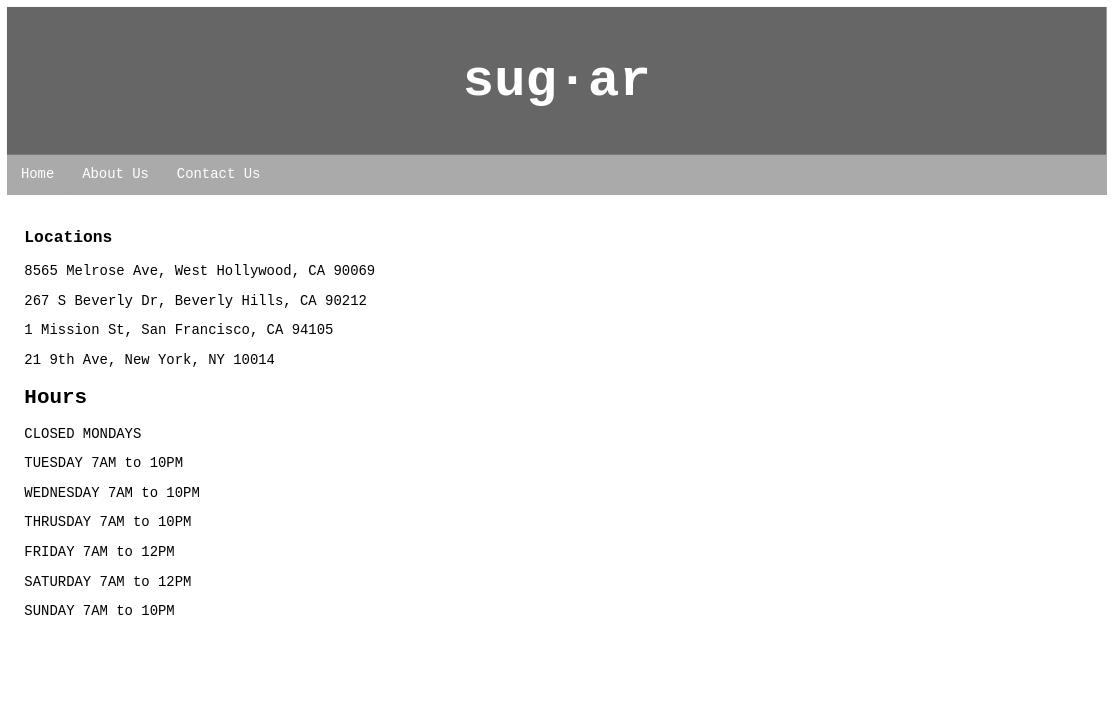
Repository: lavaghimire/lavaghimire.github.io
Page: WEBSITE/contact.html
The author's editor kept a record of every edit. The page is drawn from the files as they stood at one moment, then again after the next edit.
The browser window is 1280 px wide. The pictures show the whole page, at 87% of full size.

Above is the page before.

After the next edit:
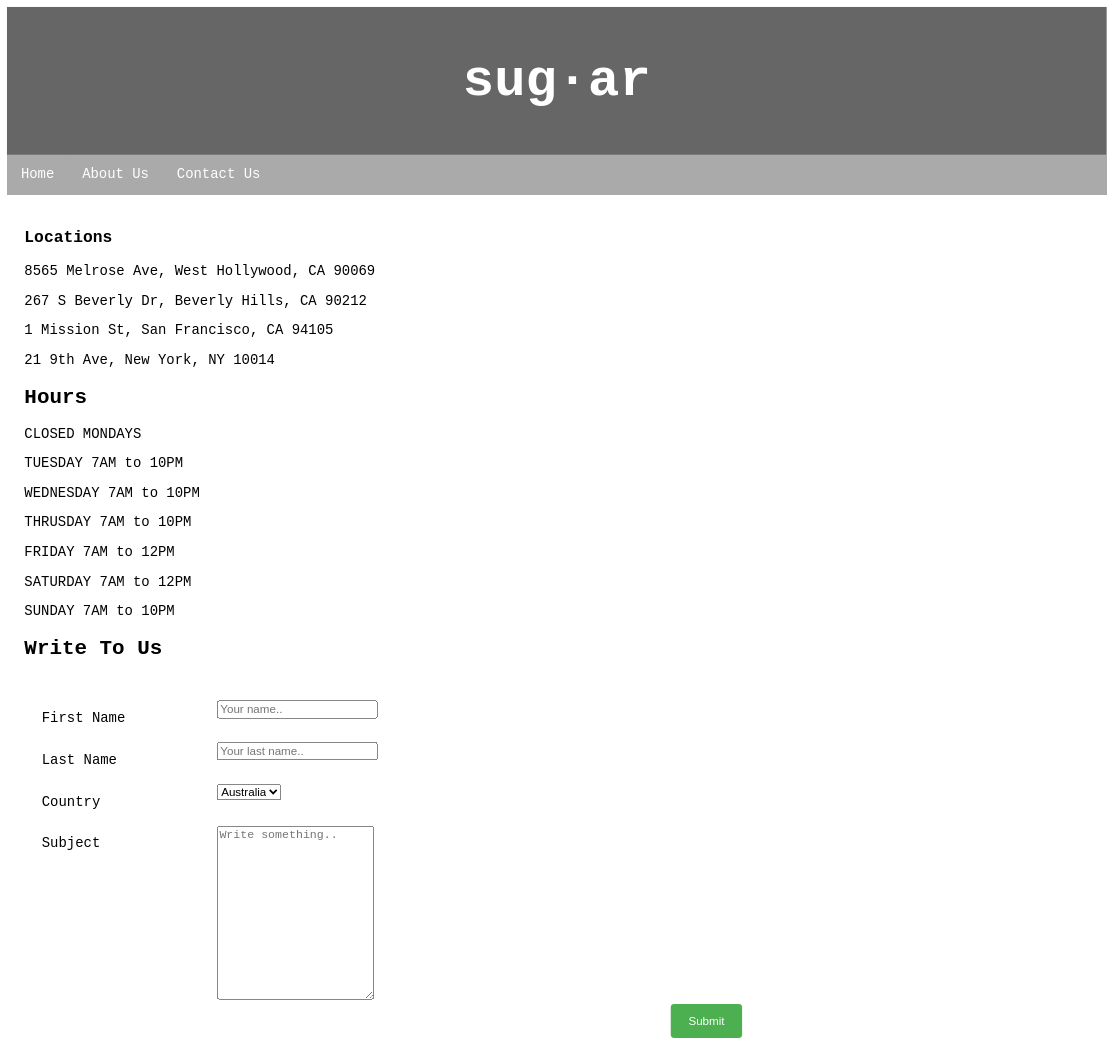
The edit:
--- a/WEBSITE/contact.html
+++ b/WEBSITE/contact.html
@@ -174,6 +174,52 @@
     <p>SUNDAY
 7AM to 10PM</p>
 
+<h2>Write To Us</h2>
+  <div class="container">
+  <form action="/action_page.php">
+  <div class="row">
+    <div class="col-25">
+      <label for="fname">First Name</label>
+    </div>
+    <div class="col-75">
+      <input type="text" id="fname" name="firstname" placeholder="Your name..">
+    </div>
+  </div>
+  <div class="row">
+    <div class="col-25">
+      <label for="lname">Last Name</label>
+    </div>
+    <div class="col-75">
+      <input type="text" id="lname" name="lastname" placeholder="Your last name..">
+    </div>
+  </div>
+  <div class="row">
+    <div class="col-25">
+      <label for="country">Country</label>
+    </div>
+    <div class="col-75">
+      <select id="country" name="country">
+        <option value="australia">Australia</option>
+        <option value="canada">Canada</option>
+        <option value="usa">USA</option>
+      </select>
+    </div>
+  </div>
+  <div class="row">
+    <div class="col-25">
+      <label for="subject">Subject</label>
+    </div>
+    <div class="col-75">
+      <textarea id="subject" name="subject" placeholder="Write something.." style="height:200px"></textarea>
+    </div>
+  </div>
+  <div class="row">
+    <input type="submit" value="Submit">
+  </div>
+  </form>
+</div>
+
+
   </article>
 
 
